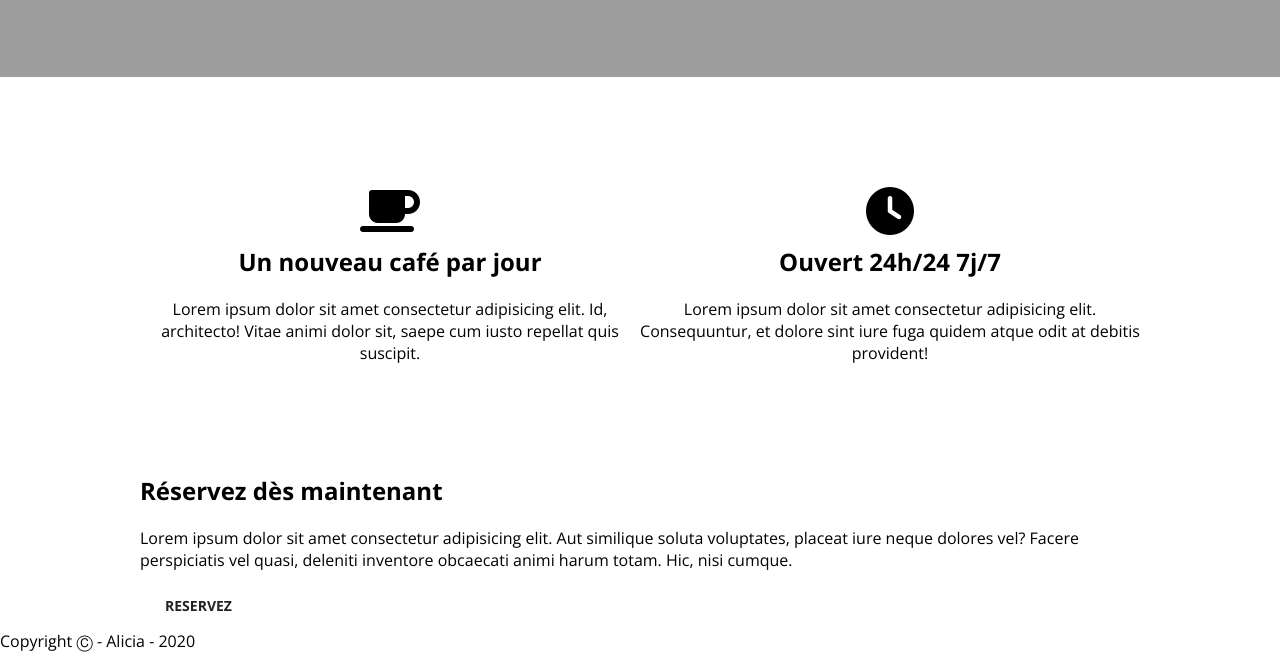
Repository: Hiliyeh/static-coffee
Page: index.html
An editor plug-in stored every save of this project. The page is shown before and after the next save, followed by the edit.
The browser window is 1280 px wide. The pictures show the part of the page from y = 690 to 1642 px (the page is 1352 px tall before and 1642 px after).
Pictures or frames that could not be fetched are drawn as grey boxes. Some web libraries are served in a nearby version.

Above is the page before, as saved 2020-05-02 18:59:07.

After the next save:
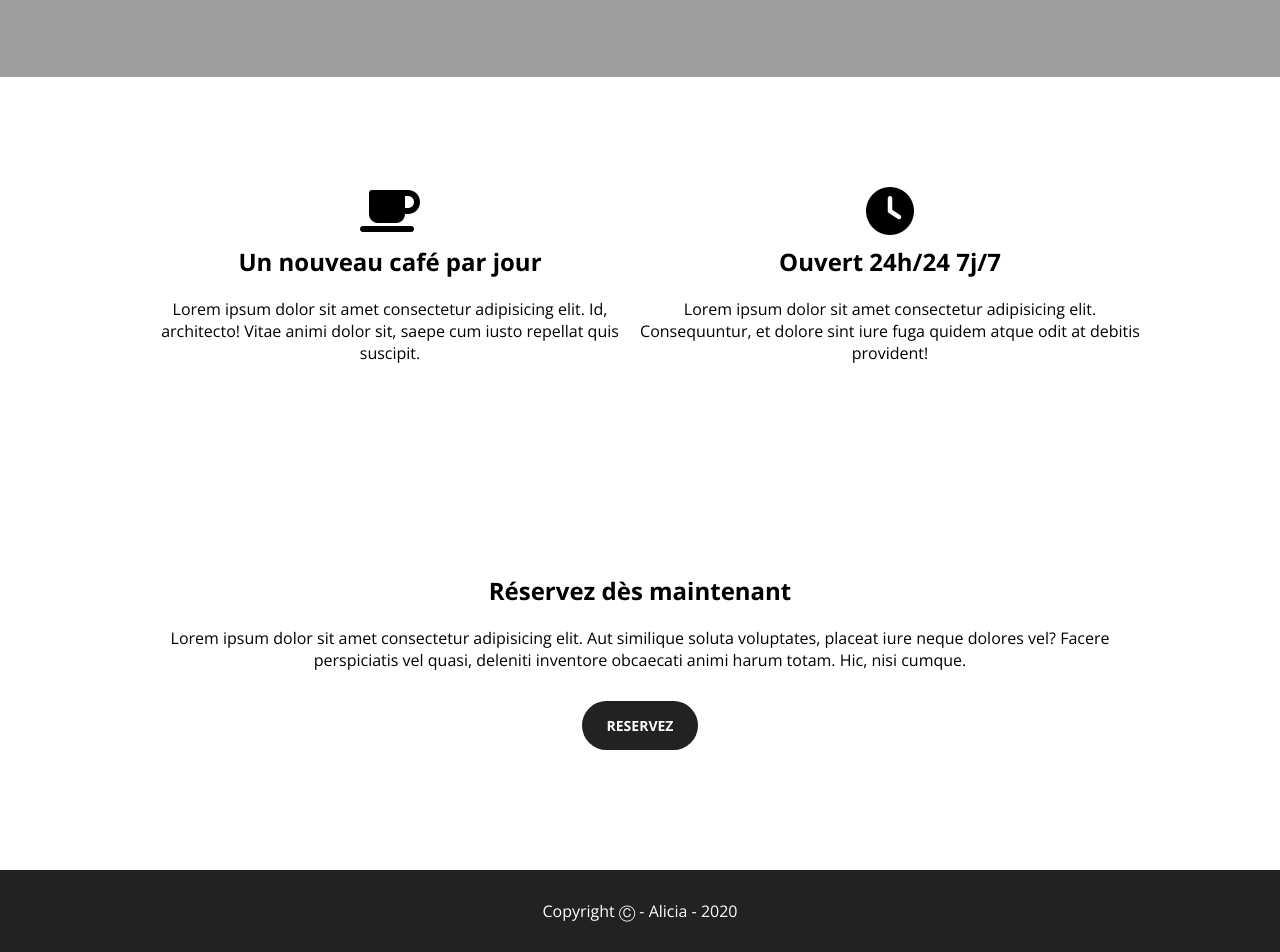
Saved 64 s later.
--- a/style.css
+++ b/style.css
@@ -137,3 +137,41 @@ p {
   float: left;
   width: 50%;
 }
+/* ... */
+.my-20 {
+  margin-top: 20px;
+  margin-bottom: 20px;
+}
+/* ... */
+.btn-dark {
+  background: #222;
+  color: white;
+}
+
+.btn-dark:hover {
+  background: white;
+  color: #222;
+  border: 1px solid #222;
+}
+
+/* ... */
+
+/* reservation */
+
+.reservation {
+  padding: 100px 0px;
+  text-align: center;
+}
+
+/* footer */
+
+footer {
+  background: #222;
+  color: white;
+  padding: 30px 0;
+  text-align: center;
+}
+
+footer p {
+  margin-bottom: 0px;
+}
